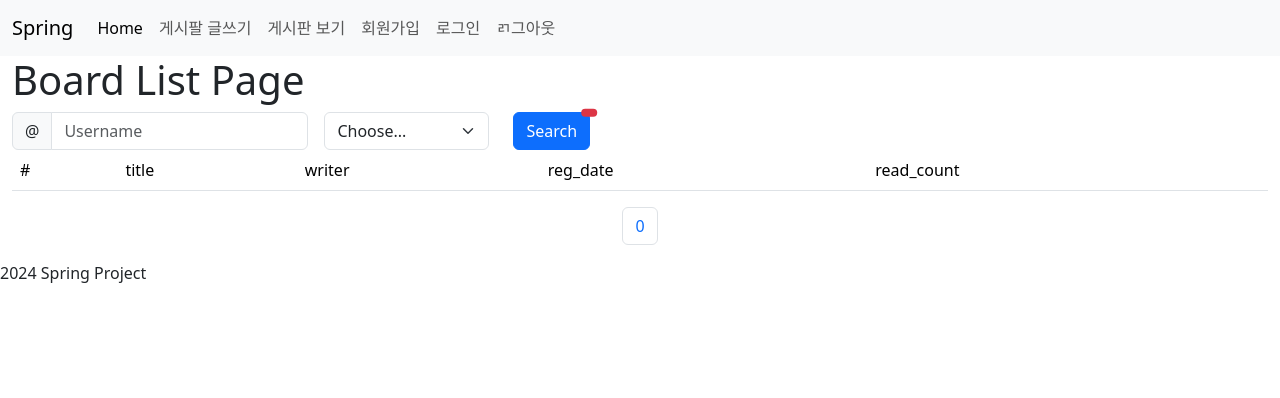
Repository: tkwkduddnd/SpringTest240430
Page: http://localhost/spring_study/WEB-INF/views/board/list.jsp
An editor plug-in stored every save of this project. The page is shown before and after the next save, followed by the edit.
The browser window is 1280 px wide. The pictures show the whole page.
The page is served by Tomcat 9. Nobody is signed in. The template is opened directly, without the code that normally fills it, so the values that code supplies are empty.

Above is the page before, as saved 2024-04-25 03:04:54.

After the next save:
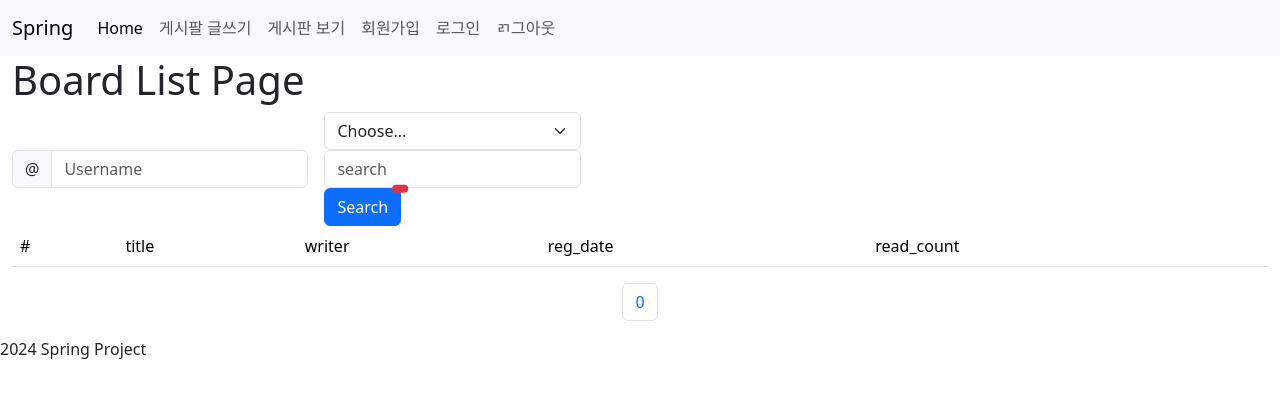
Saved 4 min 25 s later.
--- a/spring_study/src/main/webapp/WEB-INF/views/board/list.jsp
+++ b/spring_study/src/main/webapp/WEB-INF/views/board/list.jsp
@@ -27,14 +27,12 @@
       <option value="twc">All</option>
 
     </select>
-  </div>
+    <input type="text" name="keyword" class="form-control" aria-label="Text input with segement dropdown button" placeholder="search">
+    <input type="hidden" name="pageNo" value="1">
+      <input type="hidden" name="qty" value="10">
 
 
-  <div class="col-12">
-      <input type="hidden" name="pageNo" value="1">
-      <input type="hidden" name="qty" value="10">
 
-  </div>
 
   <button type="button" class="btn btn-primary position-relative">
   Search
@@ -42,6 +40,7 @@
     ${ph.totalCount}
   </span>
 </button>
+  </div>
 </form>
 		<div>
 		<table class="table">
